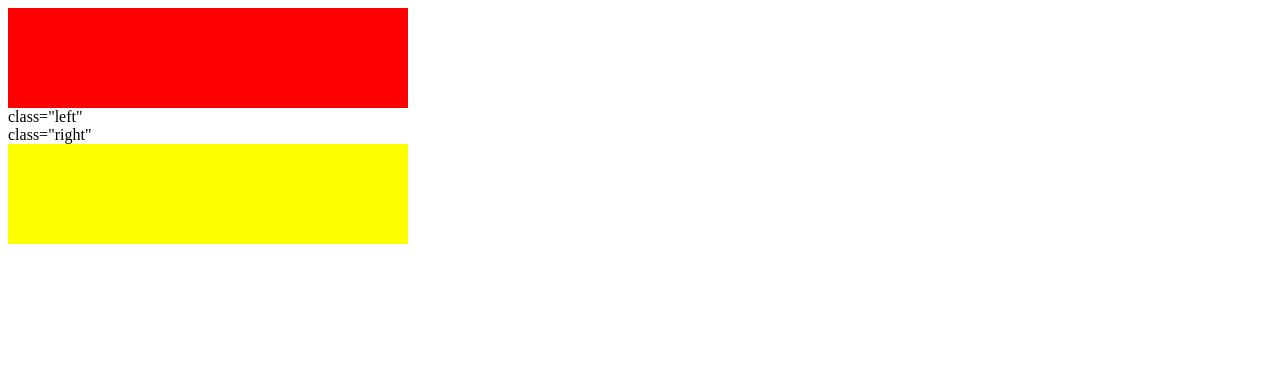
Repository: natuki-i/curriculum
Page: HTML/index.html
An editor plug-in stored every save of this project. The page is shown before and after the next save, followed by the edit.
The browser window is 1280 px wide. The pictures show the whole page.

Above is the page before, as saved 2022-11-25 21:08:10.

After the next save:
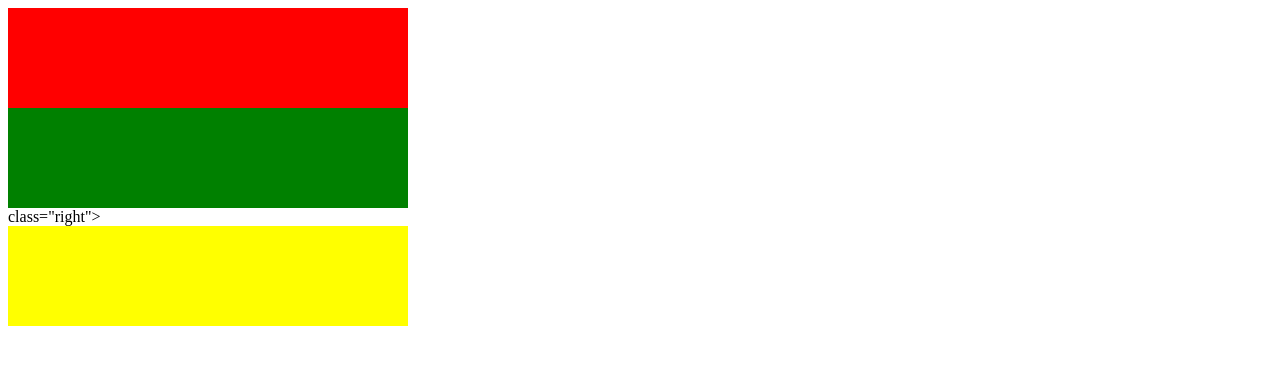
Saved 2 min 20 s later.
--- a/HTML/index.html
+++ b/HTML/index.html
@@ -10,8 +10,8 @@
 <body>
     <div class="header"></div>
     <div class="main"></div>
-        <div> class="left"</div>
-        <div> class="right"</div>
+        <div class="left"></div>
+        <di> class="right"></di>
     <div class="footer"></div>
 </body>
 </html>
